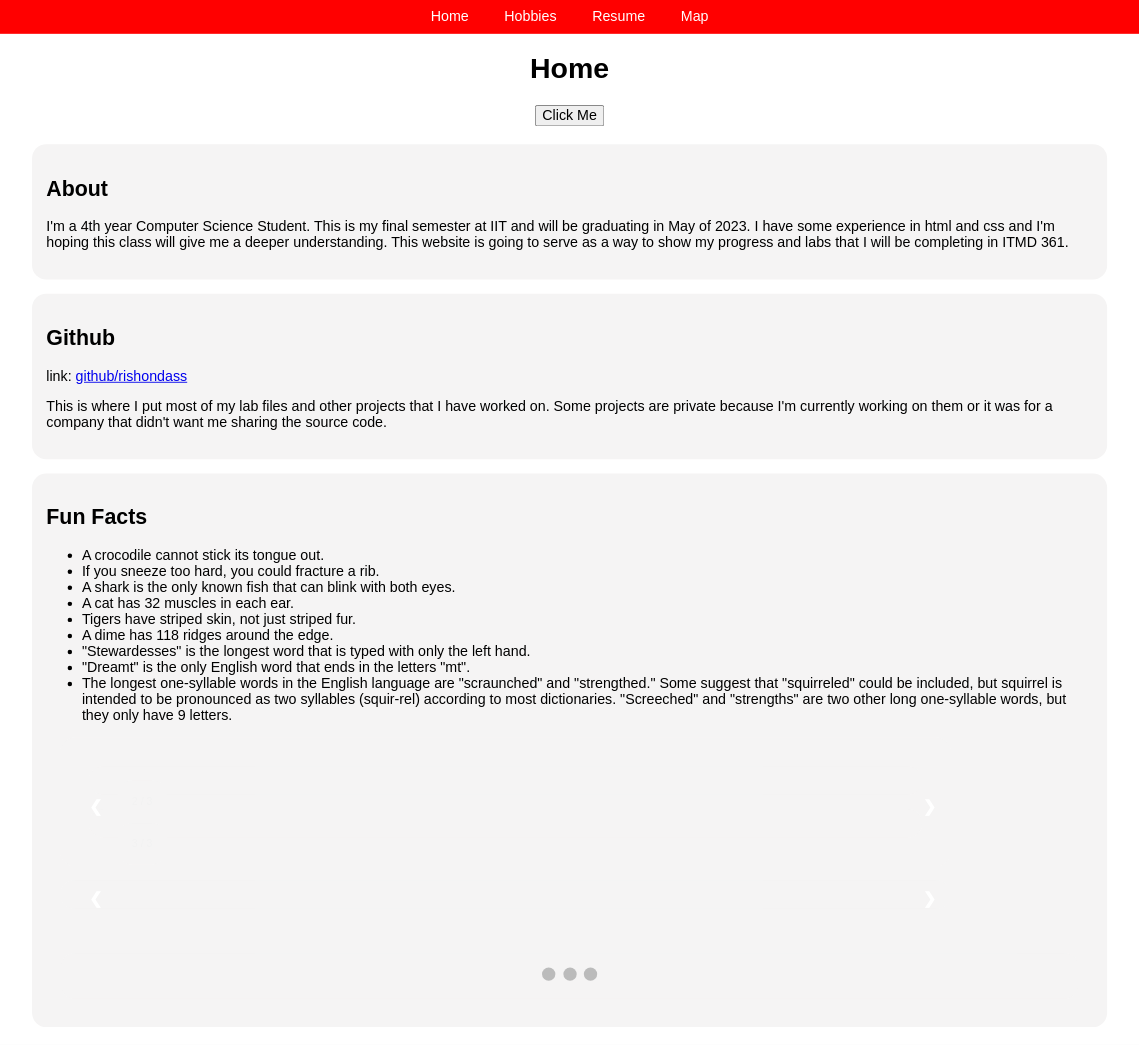
Repository: rishondass/ITMD361-Project3
Page: index.html
The author's editor kept a copy of each file at every save. The page is drawn from the files as they stood at one save, then again after the next save.
The browser window is 1280 px wide. The pictures show the whole page, at 89% of full size.

Above is the page before, as saved 2023-04-28 18:34:03.
Console error: TypeError: Cannot read properties of undefined (reading 'style')

After the next save:
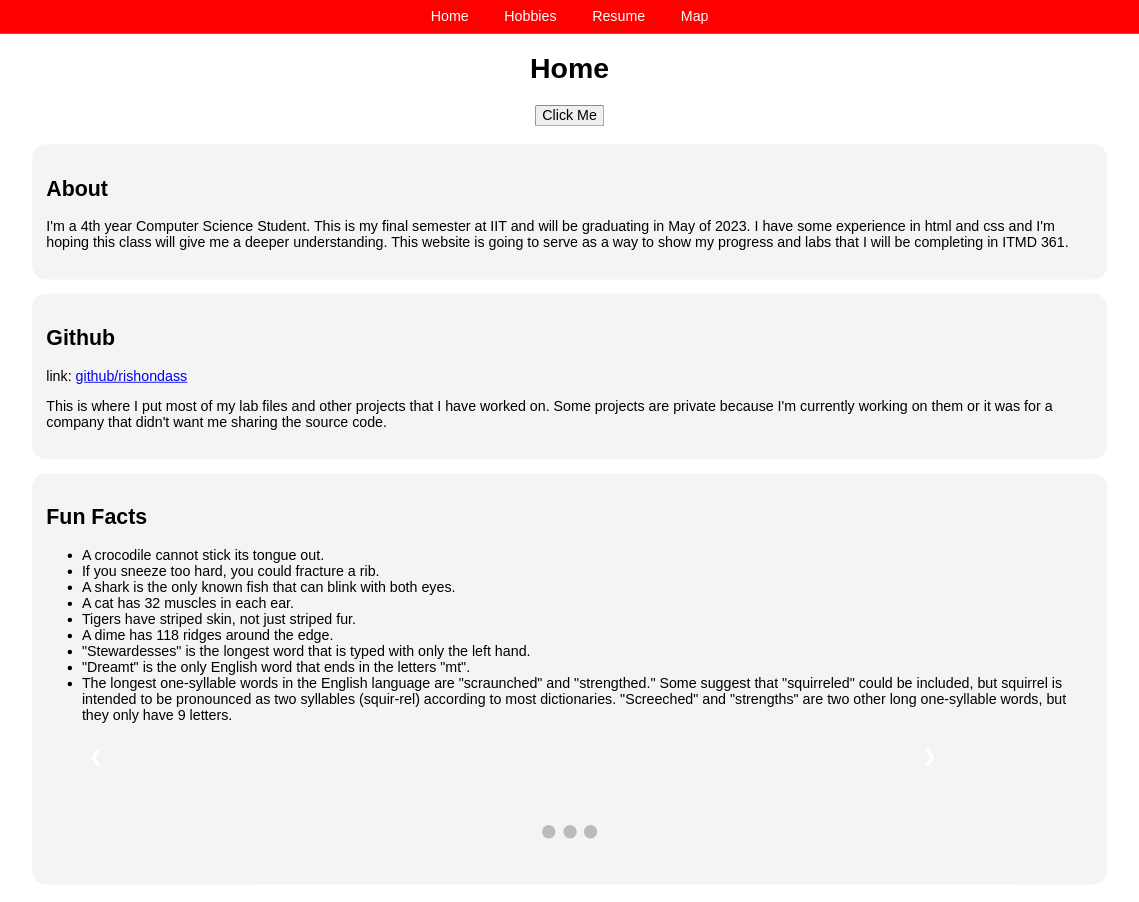
Saved 7 s later.
--- a/index.html
+++ b/index.html
@@ -88,24 +88,7 @@
           The longest one-syllable words in the English language are "scraunched" and "strengthed." Some suggest that "squirreled" could be included, but squirrel is intended to be pronounced as two syllables (squir-rel) according to most dictionaries. "Screeched" and "strengths" are two other long one-syllable words, but they only have 9 letters.
         </li>
       </ul>
-      <div class="slideshow-container">
-        <div class="mySlides fade">
-          <div class="numbertext">1 / 3</div>
 
-        </div>
-
-        <div class="slideshow-container">
-          <div class="numbertext">2 / 3</div>
-
-        </div>
-
-        <div class="slideshow-container">
-          <div class="numbertext">3 / 3</div>
-
-        </div>
-        <a class="prev" onclick="plusSlides(-1)">&#10094;</a>
-        <a class="next" onclick="plusSlides(1)">&#10095;</a>
-      </div>
       <div class="slideshow-container">
 
         <!-- Full-width images with number and caption text -->
